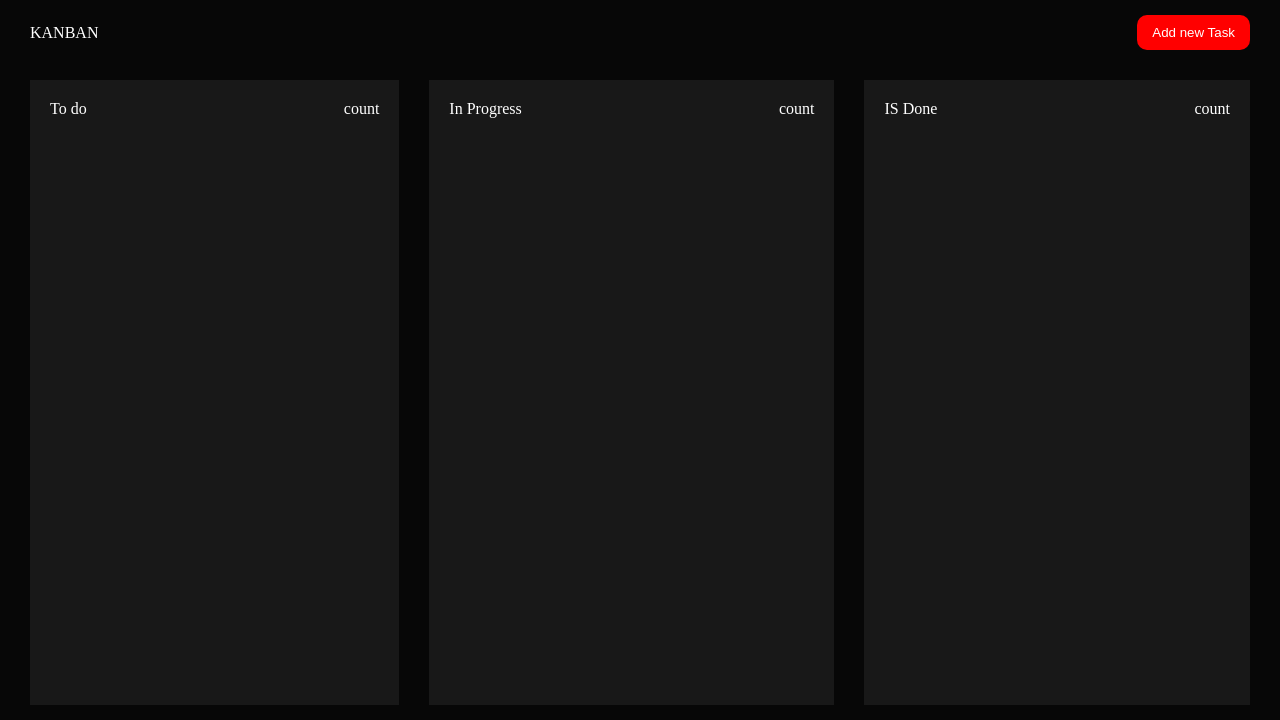
Repository: Sandeepji-5/Kanban-board
Page: index.html
These files come from the project's save history. The page is drawn as it stood at one moment and after the next save; the edit follows.
The browser window is 1280 px wide. The pictures show the whole page.
After loading, the first visible `#toggle-modal` was clicked once.

Above is the page before, as saved 2025-12-09 18:09:36.

### index.html
<!DOCTYPE html>
<html lang="en">

<head>
    <meta charset="UTF-8">
    <meta name="viewport" content="width=device-width, initial-scale=1.0">
    <title>Document</title>
    <link rel="stylesheet" href="style.css">
</head>

<body>
    <main>
        <nav>
            <div class="left">KANBAN</div>
            <div class="right"><button id="toggle-modal">Add new Task</button></div>
        </nav>
        <section class="board">
            <div id="todo" class="task-column">
                <div class="heading">
                    <div class="left">To do </div>
                    <div class="right">count</div>
                </div>

            </div>


            <div id="progress" class="task-column">
                <div class="heading">
                    <div class="left">In Progress</div>
                    <div class="right">count</div>
                </div>

            </div>
            <div id="done" class="task-column">
                <div class="heading">
                    <div class="left">IS Done </div>
                    <div class="right"> count</div>
                </div>

            </div>
        </section>


    </main>

    <div class="modal add-new-task">
        <div class="bg"> </div>
        <div class="center">
            <input type="text" placeholder="Task title" />
            <textarea placeholder="Task Description"></textarea>
            <button id="add-new-task" class="add-task-btn"> Add Task</button>
        </div>

    </div>

    <script src="kanban.js"></script>
</body>

</html>

### style.css
* {
    margin: 0;
    padding: 0;

    box-sizing: border-box;
}

html,
body {
    width: 100%;
    height: 100%;

}

:root {
    --bg-color: #0000000;
    --bg-button-color: rgb(24, 24, 24);
    --primary-text-color: #f4f4f4;
    --bg-task-color:rgb(19, 18, 18);
    --bg-delete-color:red;



    /* padding 1 rem 2 rem */
    --nav-padding: 15px 30px;
    --section-padding: 15px 30px;
    --padding-s: 5px;
    --padding-m: 10px;
    --padding-l: 15px;
    --padding-xl: 20px;
    --padding-xxl: 30px;


    /* border radius variable  */



    --border-radius-s:5px;
    --border-radius-m:10px;
    --border-radius-l:15px;
    --border-radius-xl:20px;
    --border-radius-xxl:30px;


}

body {
    background-color: rgb(7, 7, 7);
    color: white;
}
main{
    display: flex;
    height: 100%;
    width: 100%;
    flex-direction: column;


}

nav{
    padding: var(--nav-padding);
    display: flex;
    align-items: center;
    justify-content: space-between;

}
nav button{
    background-color: red;
    color: white;
    border: none;
    outline: none;
    padding: var(  --padding-m) var(  --padding-l);
    cursor: pointer;
    border-radius:var(--border-radius-m) ;

}


section{
    padding:var(--section-padding);
    /* height: 100%; */
    display: flex;
    flex-grow: 1;
    justify-content: space-between;

    gap: var(--padding-xxl);

}
section .task-column{
    padding: var(--padding-m);
    background-color: var(--bg-button-color);
    flex-grow: 1  ;
    padding: var(--padding-m)  ;
    display: flex;
    flex-direction: column;
    transition: all 0.7s cubic-bezier(0.19, 1, 0.22, 1);




}
section .task-column.hover-over {
     border: 2px dashed rgb(247, 246, 246);
    transform: scale(1.05);
}
section .task-column .heading{
    display: flex;
    justify-content: space-between ;
    padding: var(--padding-m);
}


section .task-column  .task{

    display: flex;
    flex-direction: column;
    padding: var(--padding-m);
    border-radius: var(--border-radius-m);
    /* background-color: var(--bg-task-color); */
     background-color:rgba(205, 216, 87, 0.409);


}

section .task-column .task button{
    align-self: flex-end;
    cursor: pointer;
    padding: var(--padding-s) var(--padding-m);
    border-radius: var(--border-radius-s);
    border: none;
    outline: none;
    background-color: var(--bg-delete-color);
    color: var(--primary-text-color)  ;
    cursor: pointer;
}

.modal {
    position: fixed;
    top: 0;
    left: 0;
    height: 100vh;
    width: 100vw;
    display: none;
    align-items: center;
    justify-content: center;
    z-index: 1000;
}
.modal.active {
    display: flex;
    backdrop-filter: blur(4px);
}


.modal .bg{
    position: absolute;
    inset: 0;

}

.modal .center{
    background-color: rgb(244, 244, 4);
    padding: var(--padding-xxl);
    border-radius: var(--border-radius-m);
    display: flex;
    flex-direction: column;
    gap: var(--padding-m);
    height: 200px;
    width: 300px;
    position: relative;
    z-index: 1001;

}

.modal .center input,.modal .center textarea, .modal .center select {
    background-color: var(--bg-task-color);
    padding: var(--padding-m);
    border-radius: var(--border-radius-s);
    border: none;
    outline: none;
    color: var(--primary-text-color);

}

.modal .center button{
     align-self: center;
    margin-top: auto;
    padding: var(--padding-m);
    border-radius: var(--border-radius-m);
    border: none;
    outline: none;
    background-color: var(--bg-button-color);
    color: var(--primary-text-color);
    cursor: pointer;

}

### kanban.js
const todo = document.querySelector('#todo');
const progress = document.querySelector('#progress')
const done = document.querySelector('#done');
const tasks = document.querySelectorAll('.task');
let draggedElement = null;

tasks.forEach(tasks => {
    tasks.addEventListener("drag", () => {
        draggedElement = tasks;
        console.log("dragge ele", draggedElement);
    })
})

// progress.addEventListener('dragenter',(e)=>{
//     progress.classList.add('hover-over');
// })


// progress.addEventListener('dragleave', (e)=>{
//     progress.classList.remove('hover-over');
// })


console.log(todo)

// Modal related Logic
const toggleModalButton = document.querySelector('#toggle-modal');
const modal = document.querySelector('.modal')
const modalBg = document.querySelector('.modal .bg');
const addTaskbtn = document.querySelector('.add-task-btn')

toggleModalButton.addEventListener('click', () => {
    console.log("clicked");
    modal.classList.toggle('.active');

});

modalBg.addEventListener('click', () => {
    modal.classList.remove('active');
})


addTaskbtn.addEventListener('click', () => {

    const task = document.createElement("div");
    task.classList.add("task");
    task.setAttribute("draggable", "true");

    // Title
    const h3 = document.createElement("h3");
    h3.textContent = "Task-2";

    // Description
    const p = document.createElement("p");
    p.textContent = " Mai AAPka das hoo";

    // Delete button
    const deleteBtn = document.createElement("button");
    deleteBtn.textContent = "Delete";

    // Append children
    task.appendChild(h3);
    task.appendChild(p);
    task.appendChild(deleteBtn)

    todo.appendChild(task);
    task.addEventListener('drag',()=>{
        draggedElement = task;
    })

})





function addDragEventsOnColumn(column) {

    console.log("column",column)

    column.addEventListener('dragenter', (e) => {
        e.preventDefault();
        column.classList.add('hover-over');
    });

    column.addEventListener('dragleave', (e) => {
        e.preventDefault();
        column.classList.remove('hover-over');
    })

    column.addEventListener("dragover", (e) => {
        e.preventDefault();
    })

    column.addEventListener('drop', (e) => {

        column.appendChild(draggedElement)
        console.log("draggedElement", draggedElement, column);
        column.classList.remove('hover-over')
        e.preventDefault();
    })

}

addDragEventsOnColumn(todo);
addDragEventsOnColumn(progress)
addDragEventsOnColumn(done)

After the next save:
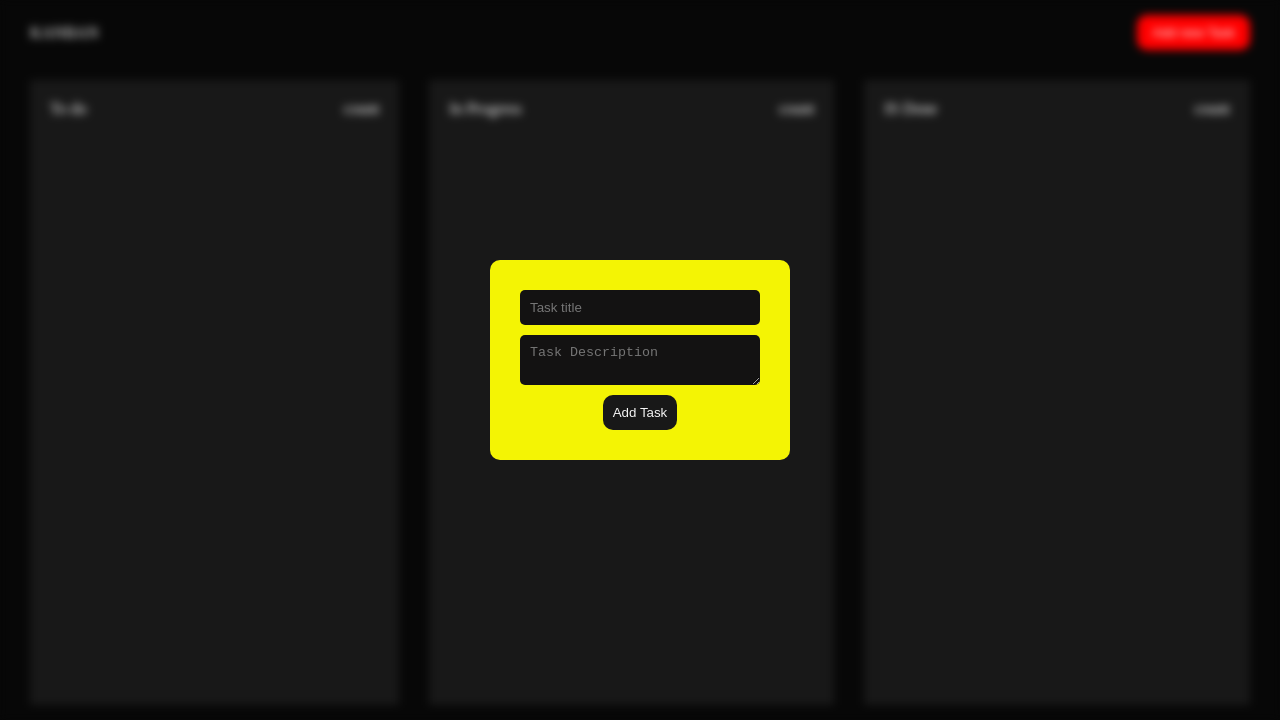
Saved 9 s later.
--- a/kanban.js
+++ b/kanban.js
@@ -31,7 +31,7 @@ const addTaskbtn = document.querySelector('.add-task-btn')
 
 toggleModalButton.addEventListener('click', () => {
     console.log("clicked");
-    modal.classList.toggle('.active');
+    modal.classList.toggle('active');
 
 });
 
